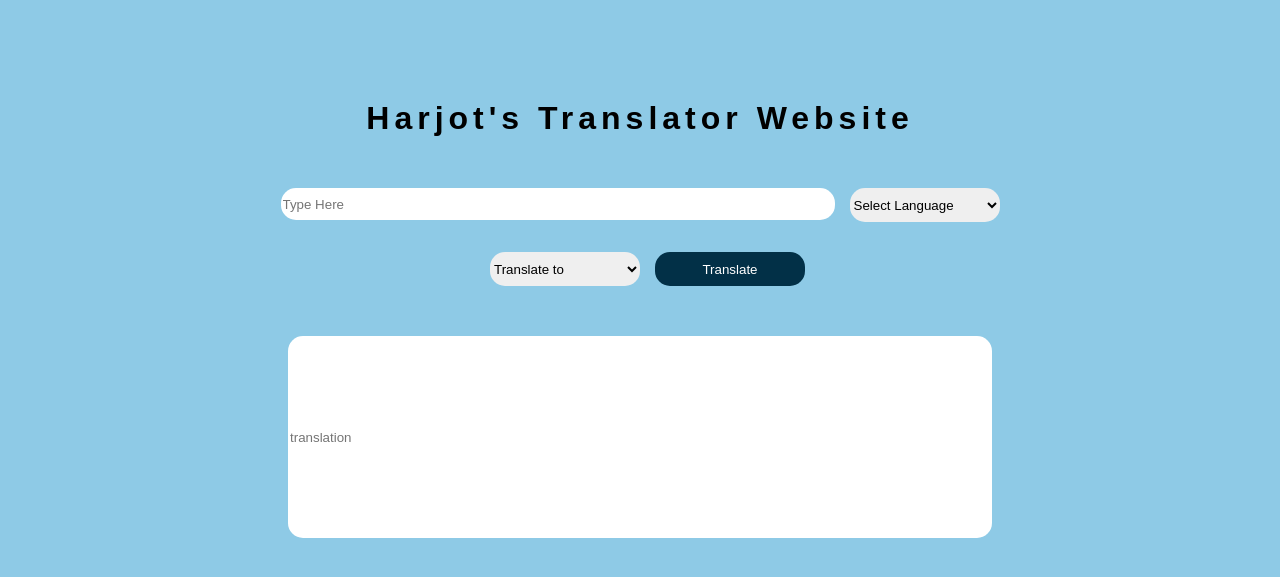
Repository: Harjot00/Pythonpractice
Page: Translator/homepage.html
The author's editor kept a copy of each file at every save. The page is drawn from the files as they stood at one save, then again after the next save.
The browser window is 1280 px wide. The pictures show the whole page.
Some web fonts or font styles are not loaded; a fallback is used.

Above is the page before, as saved 2022-03-06 19:44:47.

After the next save:
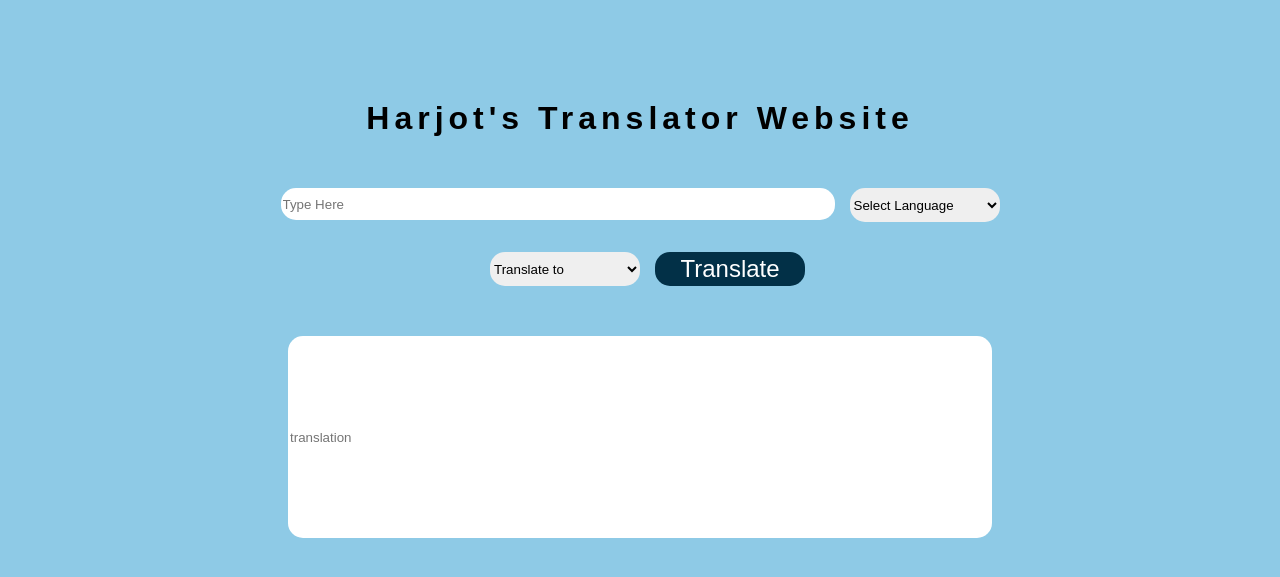
Saved 32 s later.
--- a/Translator/styles.css
+++ b/Translator/styles.css
@@ -30,6 +30,8 @@ select{
     border-radius: 15px;
 }
 button{
+    font-size: 24px;
+    font-weight: semibold;
     width: 150px;
     height:34px;
     margin:30px 0px 0px 15px;
